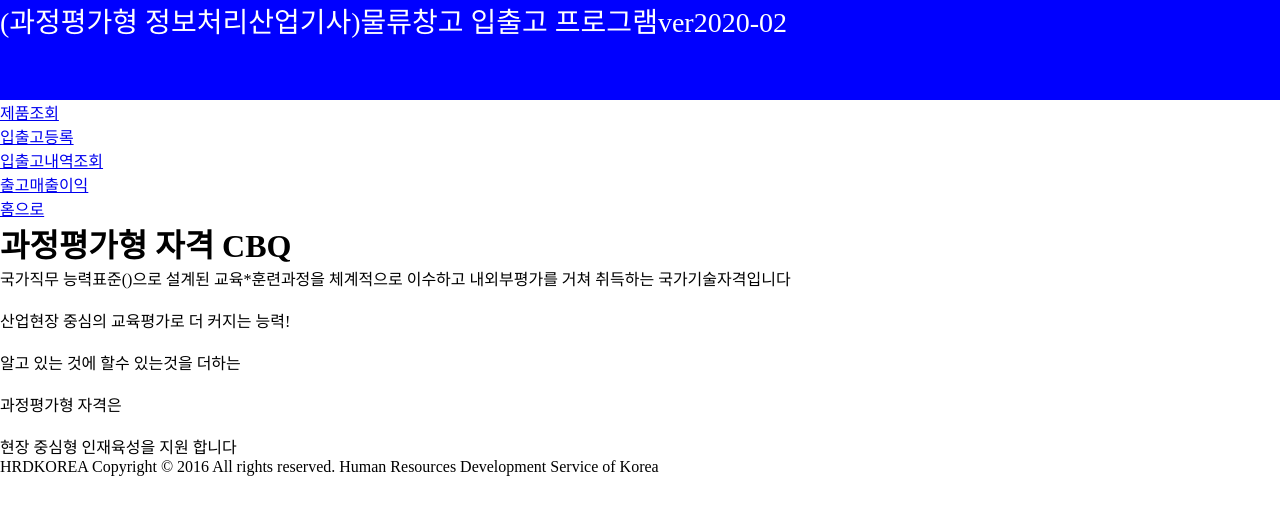
Repository: anakyn01/2_two
Page: http://localhost/cbq_1/
These files come from the project's save history. The page is drawn as it stood at one moment and after the next save; the edit follows.
The browser window is 1280 px wide. The pictures show the whole page.
The page is served by Tomcat 9. Other server files are loaded and not shown.

Above is the page before, as saved 2024-12-11 05:46:58.

### exam/cbq_1/src/main/webapp/index.jsp
<%@ page language="java" contentType="text/html; charset=UTF-8"
    pageEncoding="UTF-8"%>
<jsp:include page="include/header.jsp" flush="false" />

<jsp:include page="include/body.jsp" flush="flase" />

<jsp:include page="include/footer.jsp" flush="false" />

### exam/cbq_1/src/main/webapp/include/header.jsp
<%@ page language="java" contentType="text/html; charset=UTF-8"
    pageEncoding="UTF-8"%>
<!DOCTYPE html>
<html>
<head>
<meta charset="UTF-8">
<title>물류창고 입출고 프로그램</title>
<link rel="stylesheet" href="css/style.css"/>
</head>
<body>
<header>
(과정평가형 정보처리산업기사)물류창고 입출고 프로그램ver2020-02
</header>
<nav>
<ul class="nav">
<li><a href="one.jsp">제품조회</a></li>
<li><a href="two.jsp">입출고등록</a></li>
<li><a href="three.jsp">입출고내역조회</a></li>
<li><a href="four.jsp">출고매출이익</a></li>
<li><a href="/">홈으로</a></li>
</ul>
</nav>

### exam/cbq_1/src/main/webapp/include/body.jsp
<%@ page language="java" contentType="text/html; charset=UTF-8"
    pageEncoding="UTF-8"%>
<h1>과정평가형 자격 CBQ</h1>
<p>
국가직무 능력표준()으로 설계된 교육*훈련과정을 체계적으로 이수하고 내외부평가를 거쳐 취득하는 국가기술자격입니다<br>
<br>
산업현장 중심의 교육평가로 더 커지는 능력!<br>
<br>
알고 있는 것에 할수 있는것을 더하는<br>
<br>
과정평가형 자격은<br>
<br>
현장 중심형 인재육성을 지원 합니다<br>
</p>

### exam/cbq_1/src/main/webapp/include/footer.jsp
<%@ page language="java" contentType="text/html; charset=UTF-8"
    pageEncoding="UTF-8"%>
<footer>
HRDKOREA Copyright &copy; 2016 All rights reserved. Human Resources Development Service of Korea
</footer>
</body>
</html>

### exam/cbq_1/src/main/webapp/css/style.css
@charset "UTF-8";

html, html * {
margin:0; padding:0; box-sizing:border-box;
}
header{
width:100%; background-color:blue;
height:100px; color:white; font-size:28px;
}
nav{
width:100%;
}
.nav{
width:100%;
}

After the next save:
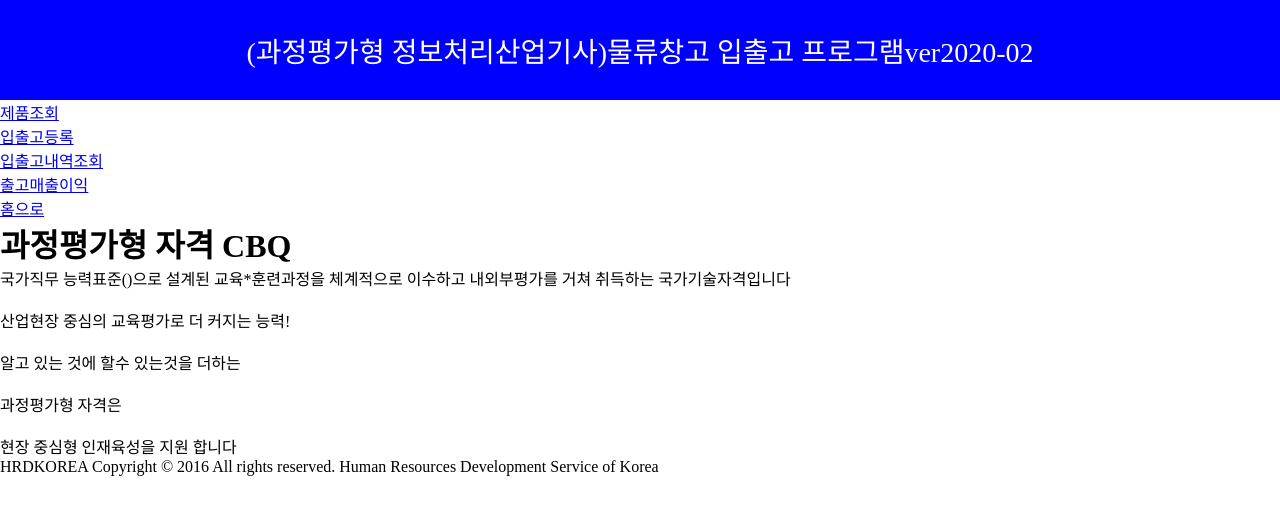
Saved 26 s later.
--- a/exam/cbq_1/src/main/webapp/css/style.css
+++ b/exam/cbq_1/src/main/webapp/css/style.css
@@ -6,6 +6,7 @@ margin:0; padding:0; box-sizing:border-box;
 header{
 width:100%; background-color:blue;
 height:100px; color:white; font-size:28px;
+display:flex; justify-content:center; align-items:center;
 }
 nav{
 width:100%;
